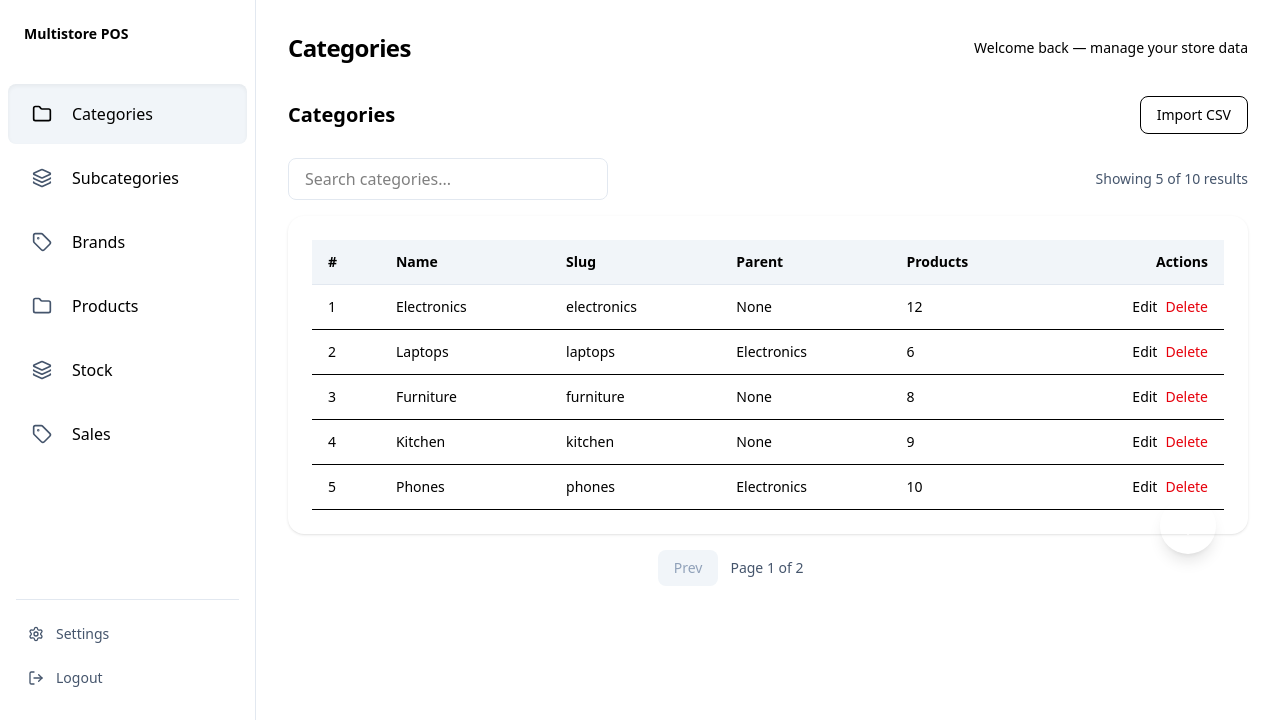
Repository: Ndegwa2/MulistorePOS
Page: /
An editor plug-in stored every save of this project. The page is shown before and after the next save, followed by the edit.
The browser window is 1280 px wide. The pictures show the whole page.
The project was rebuilt for these pictures with package versions that can differ from the ones it lists, and the page was loaded fresh each time. Also part of the build but not shown: vite.config.js, Frontend/EditModal.jsx, Frontend/DeleteConfirm.jsx, Frontend/subcategory.jsx, Frontend/brand.jsx, Frontend/productPanel.jsx, Frontend/stockPanel.jsx, Frontend/salesPanel.jsx. Imported but missing from the stored project, and not drawn on this page: Frontend/accountingPanel.

Above is the page before, as saved 2025-10-03 10:36:49.

After the next save:
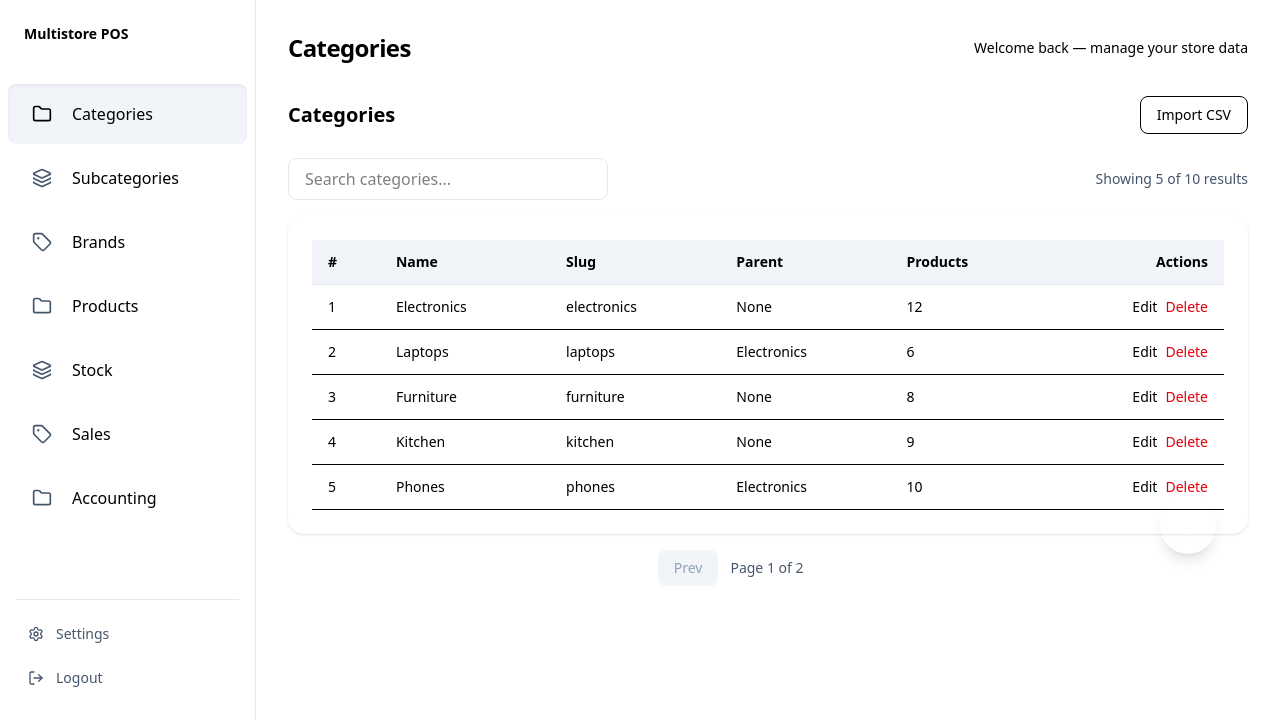
Saved 19 s later.
--- a/Frontend/dashboaord.jsx
+++ b/Frontend/dashboaord.jsx
@@ -8,6 +8,7 @@ import BrandPanel from "./brand";
 import ProductPanel from "./productPanel";
 import StockPanel from "./stockPanel";
 import SalesPanel from "./salesPanel";
+import AccountingPanel from "./accountingPanel";
 
 const NAV = [
   { key: "categories", label: "Categories", icon: Folder },
@@ -16,6 +17,7 @@ const NAV = [
   { key: "products", label: "Products", icon: Folder },
   { key: "stock", label: "Stock", icon: Layers },
   { key: "sales", label: "Sales", icon: Tag },
+  { key: "accounting", label: "Accounting", icon: Folder },
 ];
 
 export default function Dashboard() {
